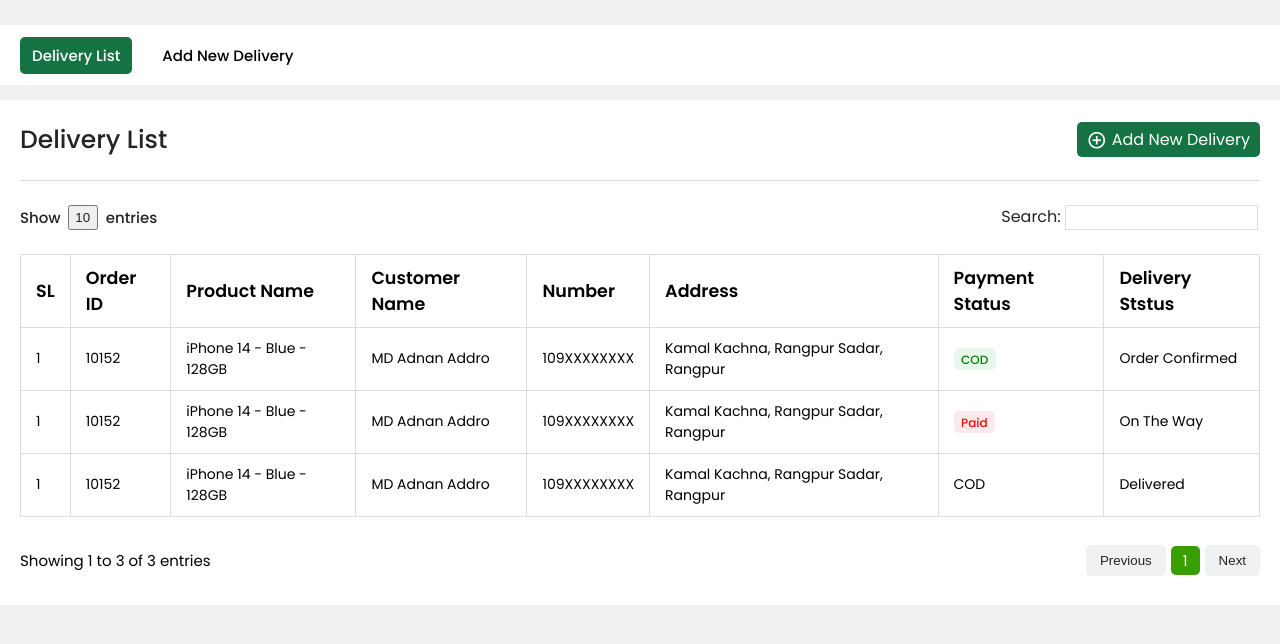
Repository: codebyaddro/delivery-page
Page: delivery.html
An editor plug-in stored every save of this project. The page is shown before and after a run of saves, followed by the edit.
The browser window is 1280 px wide. The pictures show the whole page.

Above is the page before, as saved 2025-02-27 14:01:06.

After the next 2 saves:
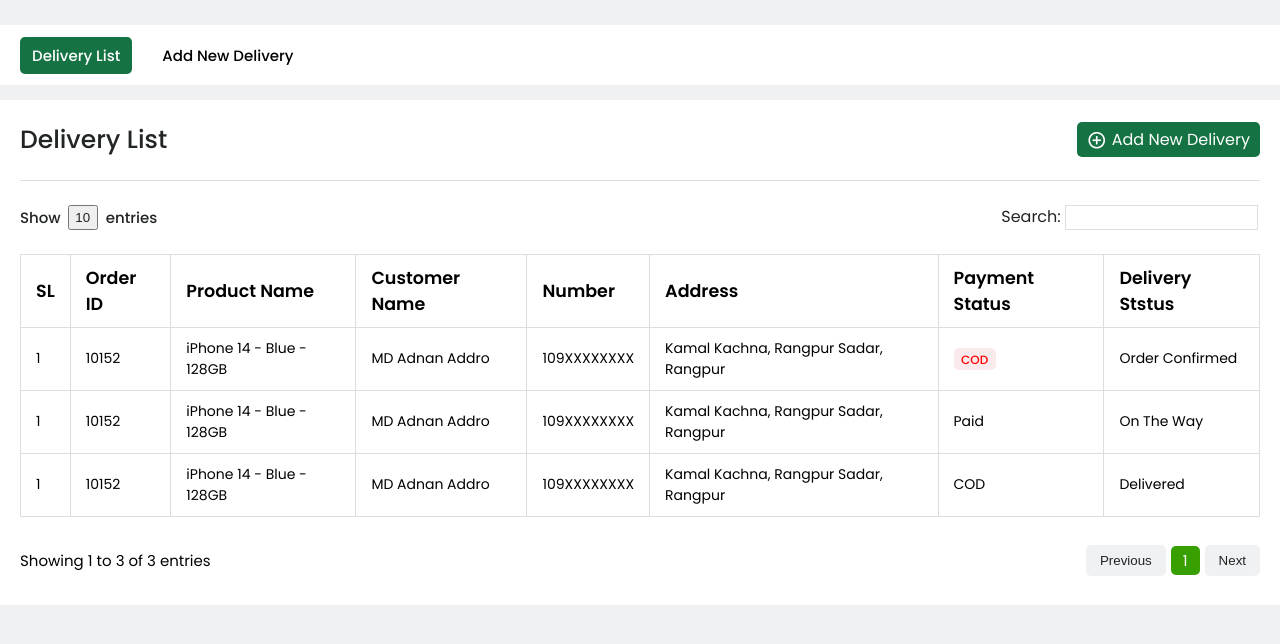
The 2 saves are shown as one change because they came seconds apart.
The last was saved 16 s later.
--- a/delivery.css
+++ b/delivery.css
@@ -218,7 +218,7 @@ tbody tr:hover {
 
 /* status style */
 
-.ps-cod {
+.ps- {
     color: var(--green);
     background-color: var(--light-green);
     font-size: 12px;
@@ -227,7 +227,7 @@ tbody tr:hover {
     border-radius: 5px;
 }
 
-.ps-paid {
+.ps-cod {
     color: var(--red);
     background-color: var(--light-red);
     font-size: 12px;
